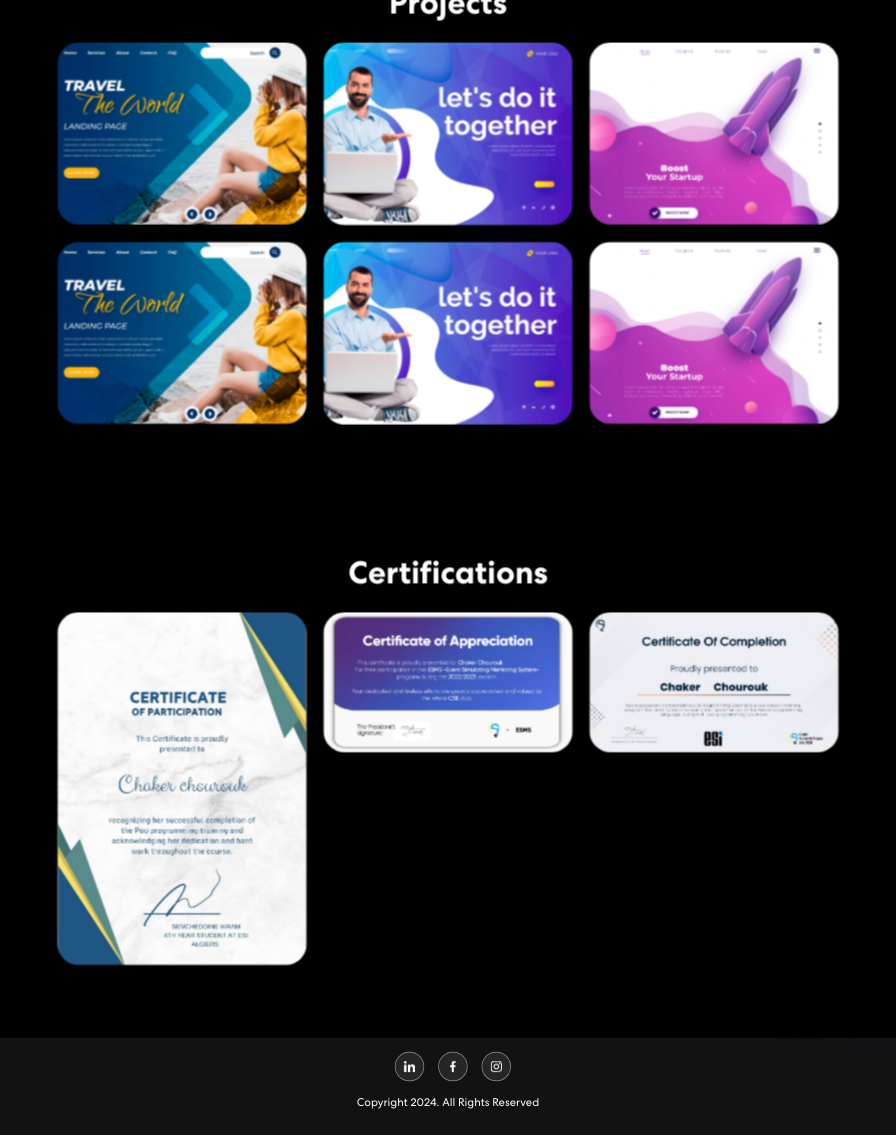
Repository: ChakerChourouk/personal-portfolio
Page: /
The author's editor kept a copy of each file at every save. The page is drawn from the files as they stood at one save, then again after the next save.
The browser window is 1280 px wide. The pictures show the part of the page from y = 1482 to 3402 px (the page is 3103 px tall before and 3402 px after), at 70% of full size.
The project was rebuilt for these pictures with package versions that can differ from the ones it lists, and the page was loaded fresh each time.

Above is the page before, as saved 2024-09-19 20:16:36.

### src/App.js
import logo from './logo.svg';
import './App.css';
import 'bootstrap/dist/css/bootstrap.min.css';
import { NavBar } from "./components/NavBar";
import { Banner } from "./components/Banner";
import { Skills } from "./components/Skills";
import { Projects } from "./components/Projects";
import { Footer } from "./components/Footer";
import { Certifications } from "./components/Certifications";

function App() {
  return (
    <div className="App">
      <NavBar />
      <Banner />
      <Skills />
      <Projects />
      <Certifications/>
      <Footer />
    </div>
  );
}

export default App;

### src/App.css
/************ Custom Font ************/
@font-face {
	font-family: Centra;
	src: url('./assets/font/CentraNo2-Bold.ttf');
	font-weight: 700;
}
@font-face {
	font-family: Centra;
	src: url('./assets/font/CentraNo2-Medium.ttf');
	font-weight: 500;
}
@font-face {
	font-family: Centra;
	src: url('./assets/font/CentraNo2-Book.ttf');
	font-weight: 400;
}

/************ Default Css ************/
* {
  margin: 0;
  padding: 0;
  box-sizing: border-box;
}

html {
  scroll-behavior: smooth;
  scroll-padding-top: 75px;
}

body {
  font-weight: 400;
  overflow-x: hidden;
  position: relative;
  background-color: #121212 !important;
  color: #fff !important;
  font-family: 'Centra', sans-serif !important;
}

h1, h2, h3, h4, h5, h6 {
  margin: 0;
  padding: 0;
  line-height: normal;
}

p, a, li, button, ul {
  margin: 0;
  padding: 0;
  line-height: normal;
  text-decoration: none;
}

a:hover {
  text-decoration: none;
}

img {
  width: 100%;
  height: auto;
}

button {
  border: 0;
  background-color: transparent;
}

input:focus, textarea:focus, select:focus {
  outline: none;
}

@media (min-width:1700px) {
	main .container {
		max-width: 100%;
		padding: 0 150px;
	}
}

p.success {
	color: green;
}

p.danger {
	color: red;
}
/************ Navbar Css ************/
nav.navbar {
  padding: 18px 0;
  position: fixed;
  width: 100%;
  top: 0;
  z-index: 9999;
  transition:  0.32s ease-in-out;
}
nav.navbar.scrolled {
  padding: 0px 0;
  background-color: #121212;
}
nav.navbar a.navbar-brand {
    width: 9%;
}
nav.navbar .navbar-nav .nav-link.navbar-link {
  font-weight: 400;
  color: #fff !important;
  letter-spacing: 0.8px;
  padding: 0 25px;
  font-size: 18px;
  opacity: 0.75;
}
nav.navbar .navbar-nav a.nav-link.navbar-link:hover,
nav.navbar .navbar-nav a.nav-link.navbar-link.active {
    opacity: 1;
}
span.navbar-text {
    display: flex;
    align-items: center;
}
.social-icon {
    display: inline-block;
    margin-left: 14px;
}
.social-icon a {
    width: 42px;
    height: 42px;
    background: rgba(217, 217, 217, 0.1);
    display: inline-flex;
    border-radius: 50%;
    margin-right: 6px;
    align-items: center;
    justify-content: center;
    line-height: 1;
    border: 1px solid rgba(255, 255, 255, 0.5);
}
.social-icon a::before {
    content: "";
    width: 42px;
    height: 42px;
    position: absolute;
    background-color: #ffffff;
    border-radius: 50%;
    transform: scale(0);
	transition: 0.3s ease-in-out;
}
.social-icon a:hover::before {
    transform: scale(1);
}
.social-icon a img {
	width: 40%;
	z-index: 1;
	transition: 0.3s ease-in-out;
}
.social-icon a:hover img {
	filter: brightness(0) saturate(100%) invert(0%) sepia(7%) saturate(98%) hue-rotate(346deg) brightness(95%) contrast(86%);
}
.navbar-text button {
  font-weight: 700;
  color: #fff;
  border: 1px solid #fff;
  padding: 18px 34px;
  font-size: 18px;
  margin-left: 18px;
	position: relative;
	background-color: transparent;
	transition: 0.3s ease-in-out;
}
.navbar-text button span {
  z-index: 1;
}
.navbar-text button::before {
  content: "";
  width: 0%;
  height: 100%;
  position: absolute;
  background-color: #fff;
  left: 0;
  top: 0;
  z-index: -1;
  transition: 0.3s ease-in-out;
}
.navbar-text button:hover {
  color: #121212;
}
.navbar-text button:hover::before {
	content: "";
	width: 100%;
	height: 100%;
	position: absolute;
}
nav.navbar .navbar-toggler:active,
nav.navbar .navbar-toggler:focus {
	outline: none;
    box-shadow: none;
}
nav.navbar .navbar-toggler-icon {
  width: 24px;
  height: 17px;
  background-image: none;
  position: relative;
  border-bottom: 2px solid #fff;
  transition: all 300ms linear;
  top: -2px;
}
nav.navbar .navbar-toggler-icon:focus {
	border-bottom: 2px solid #fff;
}
nav.navbar .navbar-toggler-icon:after,
nav.navbar .navbar-toggler-icon:before {
	width: 24px;
	position: absolute;
	height: 2px;
	background-color: #fff;
	top: 0;
	left: 0;
	content: '';
	z-index: 2;
	transition: all 300ms linear;
}
nav.navbar .navbar-toggler-icon:after {
	top: 8px;
}
nav.navbar .navbar-toggler[aria-expanded="true"] .navbar-toggler-icon:after {
	transform: rotate(45deg);
	background-color: #fff;
	height: 2px;
}
nav.navbar .navbar-toggler[aria-expanded="true"] .navbar-toggler-icon:before {
	transform: translateY(8px) rotate(-45deg);
	background-color: #fff;
	height: 2px;
}
nav.navbar .navbar-toggler[aria-expanded="true"] .navbar-toggler-icon {
	border-color: transparent;
}

/************ Banner Css ************/
.banner {
  margin-top: 0;
  padding: 260px 0 100px 0;
  background-image: url('./assets/img/banner-bg.png');
  background-position: top center;
  background-size: cover;
  background-repeat: no-repeat;
}
.banner .tagline {
  font-weight: 700;
  letter-spacing: 0.8px;
  padding: 8px 10px;
  background: linear-gradient(90.21deg, rgba(170, 54, 124, 0.5) -5.91%, rgba(74, 47, 189, 0.5) 111.58%);
  border: 1px solid rgba(255, 255, 255, 0.5);
  font-size: 20px;
  margin-bottom: 16px;
  display: inline-block;
}
.banner h1 {
  font-size: 65px;
  font-weight: 700;
  letter-spacing: 0.8px;
  line-height: 1;
  margin-bottom: 20px;
  display: block;
}
.banner p {
  color: #B8B8B8;
  font-size: 18px;
  letter-spacing: 0.8px;
  line-height: 1.5em;
  width: 96%;
}
.banner button {
  color: #fff;
  font-weight: 700;
  font-size: 20px;
  margin-top: 60px;
  letter-spacing: 0.8px;
  display: flex;
  align-items: center;
}
.banner button svg {
  font-size: 25px;
  margin-left: 10px;
  transition: 0.3s ease-in-out;
  line-height: 1;
}
.banner button:hover svg {
  margin-left: 25px;
}
.banner img {
  animation: updown 3s linear infinite;
}
@keyframes updown {
    0% {
        transform: translateY(-20px);
    }
    50% {
        transform: translateY(20px);
    }
    100% {
        transform: translateY(-20px);
    }
}
.txt-rotate > .wrap {
  border-right: 0.08em solid #666;
}

/************ Skills Css ************/
.skill {
  padding: 0 0 50px 0;
  position: relative;
}
.skill-bx {
  background: #151515;
  border-radius: 64px;
  text-align: center;
  padding: 60px 50px;
  margin-top: -60px;
}
.skill h2 {
	font-size: 45px;
	font-weight: 700;
}
.skill p {
    color: #B8B8B8;
    font-size: 18px;
    letter-spacing: 0.8px;
    line-height: 1.5em;
    margin: 14px 0 75px 0;
}
.skill-slider {
  width: 80%;
  margin: 0 auto;
  position: relative;
}
.skill-slider .item img {
  width: 50%;
  margin: 0 auto 15px auto;
}
.background-image-left {
  top: 28%;
  position: absolute;
  bottom: 0;
  width: 40%;
  z-index: -4;
}

/************ Projects Css ************/
.project {
  padding: 80px 0;
  position: relative;
  background-color: black;
}
.project h2 {
	font-size: 45px;
	font-weight: 700;
  text-align: center;
}
.project p {
  color: #B8B8B8;
  font-size: 18px;
  letter-spacing: 0.8px;
  line-height: 1.5em;
  margin: 14px auto 30px auto;
  text-align: center;
  width: 56%;
}
.project .nav.nav-pills {
  width: 72%;
  margin: 0 auto;
  border-radius: 50px;
  background-color: rgb(255 255 255 / 10%);
  overflow: hidden;
}
.project .nav.nav-pills .nav-item {
  width: 33.33333%;
}
.project .nav.nav-pills .nav-link {
  background-color: transparent;
  border-radius: 0;
  padding: 17px 0;
  color: #fff;
  width: 100%;
  font-size: 17px;
  letter-spacing: 0.8px;
  font-weight: 500;
  position: relative;
  transition: 0.3s ease-in-out;
  text-align: center;
  z-index: 0;
}
.project .nav.nav-pills .nav-link::before {
    content: "";
    position: absolute;
    width: 0;
    height: 100%;
    background: linear-gradient(90.21deg, #AA367C -5.91%, #4A2FBD 111.58%);
    top: 0;
    left: 0;
    z-index: -1;
    transition: 0.3s ease-in-out;
}
.project .nav.nav-pills .nav-link.active::before {
    width: 100% !important;
}
.project .nav.nav-pills .nav-link.active {
    border: 1px solid rgba(255, 255, 255, 1);
}
.nav-link#projects-tabs-tab-first {
  border: 1px solid rgba(255, 255, 255, 0.5);
  border-radius: 55px 0px 0px 55px;
}
.nav-link#projects-tabs-tab-second {
  border-top: 1px solid rgba(255, 255, 255, 0.5);
  border-bottom: 1px solid rgba(255, 255, 255, 0.5);
}
.nav-link#projects-tabs-tab-third {
  border: 1px solid rgba(255, 255, 255, 0.5);
  border-radius: 0 55px 55px 0;
}
.proj-imgbx {
  position: relative;
  border-radius: 30px;
  overflow: hidden;
  margin-bottom: 24px;
}
.proj-imgbx::before {
  content: "";
  background: linear-gradient(90.21deg, #AA367C -5.91%, #4A2FBD 111.58%);
  opacity: 0.85;
  position: absolute;
  width: 100%;
  height: 0;
  transition: 0.4s ease-in-out;
}
.proj-imgbx:hover::before {
  height: 100%;
}
.proj-txtx {
  position: absolute;
  text-align: center;
  top: 65%;
  left: 50%;
  transform: translate(-50%, -50%);
  transition: 0.5s ease-in-out;
  opacity: 0;
  width: 100%;
}
.proj-imgbx:hover .proj-txtx {
  top: 50%;
  opacity: 1;
}
.proj-txtx h4 {
  font-size: 30px;
  font-weight: 700;
  letter-spacing: 0.8px;
  line-height: 1.1em;
}
.proj-txtx span {
  font-style: italic;
  font-weight: 400;
  font-size: 15px;
  letter-spacing: 0.8px;
}
.background-image-right {
  top: 20%;
  position: absolute;
  bottom: 0;
  width: 35%;
  right: 0;
  z-index: -4;
}

/************ Projects Css ************/
.contact {
  background: linear-gradient(90.21deg, #AA367C -5.91%, #4A2FBD 111.58%);
  padding: 60px 0 200px 0;
}
.contact img {
  width: 92%;
}
.contact h2 {
	font-size: 45px;
	font-weight: 700;
  margin-bottom: 30px;
}
.contact form input, .contact form textarea {
  width: 100%;
  background: rgba(255, 255, 255, 0.1);
  border: 1px solid rgba(255, 255, 255, 0.5);
  border-radius: 20px;
  color: #fff;
  margin: 0 0 8px 0;
  padding: 18px 26px;
  font-weight: 500;
  font-size: 18px;
  letter-spacing: 0.8px;
  transition: 0.3s ease-in-out;
}
.contact form input:focus, .contact form textarea:focus {
  background: rgba(255, 255, 255, 1);
  color: #121212;
}
.contact form input::placeholder, .contact form textarea::placeholder {
  font-size: 16px;
  font-weight: 400;
  color: #fff;
}
.contact form input:focus::placeholder, .contact form textarea:focus::placeholder {
  color: #121212;
  opacity: 0.8;
}
.contact form button {
  font-weight: 700;
  color: #000;
  background-color: #fff;
  padding: 14px 48px;
  font-size: 18px;
  margin-top: 25px;
  border-radius: 0;
  position: relative;
  transition: 0.3s ease-in-out;
}
.contact form button span {
  z-index: 1;
  position: relative;
}
.contact form button:hover {
  color: #fff;
}
.contact form button::before {
  content: "";
  background: #121212;
  width: 0;
  height: 100%;
  position: absolute;
  top: 0;
  left: 0;
  z-index: 0;
  transition: 0.3s ease-in-out;
}
.contact form button:hover::before {
  width: 100%;
}

/************ Footer Css ************/

.footer {
  padding: 20px 0;
}

.social-icon a {
  margin: 0 10px;
}

/* Add margin to create space between icons and the text */
.text-center p {
  margin-top: 20px; /* Adjust the value for more or less space */
}


.welcome {
    font-weight: 400;
    color: #fff !important;
    letter-spacing: 0.8px;
    padding: 0 25px;
    font-size: 18px;
    opacity: 0.75;
}

### src/components/NavBar.js
import { useState, useEffect } from "react";
import { Navbar, Nav, Container } from "react-bootstrap";
import {
  BrowserRouter as Router
} from "react-router-dom";

export const NavBar = () => {

  const [activeLink, setActiveLink] = useState('home');
  const [scrolled, setScrolled] = useState(false);

  useEffect(() => {
    const onScroll = () => {
      if (window.scrollY > 50) {
        setScrolled(true);
      } else {
        setScrolled(false);
      }
    }

    window.addEventListener("scroll", onScroll);

    return () => window.removeEventListener("scroll", onScroll);
  }, [])

  const onUpdateActiveLink = (value) => {
    setActiveLink(value);
  }

  return (
    <Router>
      <Navbar expand="md" className={scrolled ? "scrolled" : ""}>
        <Container>
         {/* <Navbar.Brand href="/">
            <img src={logo} alt="Logo" />
          </Navbar.Brand>*/}
          <span className="welcome">Welcome to my Portfolio<span role="img" aria-label="waving hand"> 👋</span> </span>
          <Navbar.Toggle aria-controls="basic-navbar-nav">
            <span className="navbar-toggler-icon"></span>
          </Navbar.Toggle>
          <Navbar.Collapse id="basic-navbar-nav">
            <Nav className="ms-auto">
              <Nav.Link href="#home" className={activeLink === 'home' ? 'active navbar-link' : 'navbar-link'} onClick={() => onUpdateActiveLink('home')}>Home</Nav.Link>
              <Nav.Link href="#skills" className={activeLink === 'skills' ? 'active navbar-link' : 'navbar-link'} onClick={() => onUpdateActiveLink('skills')}>Skills</Nav.Link>
              <Nav.Link href="#projects" className={activeLink === 'projects' ? 'active navbar-link' : 'navbar-link'} onClick={() => onUpdateActiveLink('projects')}>Projects</Nav.Link>
              <Nav.Link href="#contacts" className={activeLink === 'certification' ? 'active navbar-link' : 'navbar-link'} onClick={() => onUpdateActiveLink('certification')}>Certifications</Nav.Link>
              <Nav.Link href="#contacts" className={activeLink === 'contacts' ? 'active navbar-link' : 'navbar-link'} onClick={() => onUpdateActiveLink('projects')}>Contacts</Nav.Link>
            </Nav>
            {/*<span className="navbar-text">
              <div className="social-icon">
                <a href="#"><img src={navIcon1} alt="" /></a>
                <a href="#"><img src={navIcon2} alt="" /></a>
                <a href="#"><img src={navIcon3} alt="" /></a>
              </div>
            </span>*/}
          </Navbar.Collapse>
        </Container>
      </Navbar>
    </Router>
  )
}

### src/components/Banner.js
import { useState, useEffect } from "react";
import { Container, Row, Col } from "react-bootstrap";
import headerImg from "../assets/img/header-img.svg";
import { ArrowRightCircle } from 'react-bootstrap-icons';
import 'animate.css';
import TrackVisibility from 'react-on-screen';

export const Banner = () => {
  const [loopNum, setLoopNum] = useState(0);
  const [isDeleting, setIsDeleting] = useState(false);
  const [text, setText] = useState('');
  const [delta, setDelta] = useState(300 - Math.random() * 100);
  const [index, setIndex] = useState(1);
  const toRotate = [ "MERN Stack Developer", "Web Designer", "UI/UX Designer" ];
  const period = 2000;

  useEffect(() => {
    let ticker = setInterval(() => {
      tick();
    }, delta);

    return () => { clearInterval(ticker) };
  }, [text])

  const tick = () => {
    let i = loopNum % toRotate.length;
    let fullText = toRotate[i];
    let updatedText = isDeleting ? fullText.substring(0, text.length - 1) : fullText.substring(0, text.length + 1);

    setText(updatedText);

    if (isDeleting) {
      setDelta(prevDelta => prevDelta / 2);
    }

    if (!isDeleting && updatedText === fullText) {
      setIsDeleting(true);
      setIndex(prevIndex => prevIndex - 1);
      setDelta(period);
    } else if (isDeleting && updatedText === '') {
      setIsDeleting(false);
      setLoopNum(loopNum + 1);
      setIndex(1);
      setDelta(500);
    } else {
      setIndex(prevIndex => prevIndex + 1);
    }
  }

  return (
    <section className="banner" id="home">
      <Container>
        <Row className="aligh-items-center">
          <Col xs={12} md={6} xl={7}>
            <TrackVisibility>
              {({ isVisible }) =>
              <div className={isVisible ? "animate__animated animate__fadeIn" : ""}>
                <h1>{`Hi! I'm Chaker Chourouk`} <span className="txt-rotate" dataPeriod="1000" data-rotate='[ "MERN Stack Developer", "Web Designer", "UI/UX Designer" ]'><span className="wrap">{text}</span></span></h1>
                  <p>Lorem Ipsum is simply dummy text of the printing and typesetting industry. Lorem Ipsum has been the industry's standard dummy text ever since the 1500s, when an unknown printer took a galley of type and scrambled it to make a type specimen book.</p>
              </div>}
            </TrackVisibility>
          </Col>
          <Col xs={12} md={6} xl={5}>
            <TrackVisibility>
              {({ isVisible }) =>
                <div className={isVisible ? "animate__animated animate__zoomIn" : ""}>
                  <img src={headerImg} alt="Header Img"/>
                </div>}
            </TrackVisibility>
          </Col>
        </Row>
      </Container>
    </section>
  )
}

### src/components/Projects.js
import { Container, Row, Col, Tab, Nav } from "react-bootstrap";
import { ProjectCard } from "./ProjectCard";
import projImg1 from "../assets/img/project-img1.png";
import projImg2 from "../assets/img/project-img2.png";
import projImg3 from "../assets/img/project-img3.png";
import colorSharp2 from "../assets/img/color-sharp2.png";
import 'animate.css';
import TrackVisibility from 'react-on-screen';

export const Projects = () => {

  const projects = [
    {
      title: "Business Startup",
      description: "Design & Development",
      imgUrl: projImg1,
    },
    {
      title: "Business Startup",
      description: "Design & Development",
      imgUrl: projImg2,
    },
    {
      title: "Business Startup",
      description: "Design & Development",
      imgUrl: projImg3,
    },
    {
      title: "Business Startup",
      description: "Design & Development",
      imgUrl: projImg1,
    },
    {
      title: "Business Startup",
      description: "Design & Development",
      imgUrl: projImg2,
    },
    {
      title: "Business Startup",
      description: "Design & Development",
      imgUrl: projImg3,
    },
  ];

  return (
    <section className="project" id="projects">
      <Container>
        <Row>
          <Col size={12}>
            <TrackVisibility>
              {({ isVisible }) =>
              <div className={isVisible ? "animate__animated animate__fadeIn": ""}>
                <h2>Projects</h2>
                <p>  </p>
                <Tab.Container id="projects-tabs" defaultActiveKey="first">
                  <Tab.Content id="slideInUp" className={isVisible ? "animate__animated animate__slideInUp" : ""}>
                    <Tab.Pane eventKey="first">
                      <Row>
                        {
                          projects.map((project, index) => {
                            return (
                              <ProjectCard
                                key={index}
                                {...project}
                                />
                            )
                          })
                        }
                      </Row>
                    </Tab.Pane>
                  </Tab.Content>
                </Tab.Container>
              </div>}
            </TrackVisibility>
          </Col>
        </Row>
      </Container>
      <img className="background-image-right" src={colorSharp2}></img>
    </section>
  )
}

### src/components/Footer.js
import { Container, Row, Col } from "react-bootstrap";
import logo from "../assets/img/logo.svg";
import navIcon1 from "../assets/img/nav-icon1.svg";
import navIcon2 from "../assets/img/nav-icon2.svg";
import navIcon3 from "../assets/img/nav-icon3.svg";

export const Footer = () => {
  return (
    <footer className="footer" id="contacts" >
      <Container>
        <Row className="align-items-center justify-content-center">
          <Col size={12} sm={6} className="text-center">
            <div className="social-icon">
              <a href="https://www.linkedin.com/in/chaker-chourouk-a32841257/"><img src={navIcon1} alt="Icon" /></a>
              <a href="#"><img src={navIcon2} alt="Icon" /></a>
              <a href="#"><img src={navIcon3} alt="Icon" /></a>
            </div>
            <p>Copyright 2024. All Rights Reserved</p>
          </Col>
        </Row>
      </Container>
    </footer>
  );
};

### src/components/Certifications.js
import { Container, Row, Col, Tab, Nav } from "react-bootstrap";
import { ProjectCard } from "./ProjectCard";
import certificat1 from "../assets/img/Certificat1.jpg";
import certificat2 from "../assets/img/Certificat2.jpg";
import certificat3 from "../assets/img/Certificat3.jpg";
import certificat4 from "../assets/img/CHAKER CHOUROUK.jpg";
import certificat5 from "../assets/img/CertificateOfCompletion.jpg";
import colorSharp2 from "../assets/img/color-sharp2.png";
import 'animate.css';
import TrackVisibility from 'react-on-screen';

export const Certifications = () => {

  const projects = [
    {
      title: "Business Startup",
      description: "Design & Development",
      imgUrl: certificat1,
    },
    {
      title: "Business Startup",
      description: "Design & Development",
      imgUrl: certificat2,
    },
    {
      title: "Business Startup",
      description: "Design & Development",
      imgUrl: certificat3,
    }
  ];

  return (
    <section className="project" id="certification">
      <Container>
        <Row>
          <Col size={12}>
            <TrackVisibility>
              {({ isVisible }) =>
              <div className={isVisible ? "animate__animated animate__fadeIn": ""}>
                <h2>Certifications</h2>
                <p>  </p>
                <Tab.Container id="projects-tabs" defaultActiveKey="first">
                  <Tab.Content id="slideInUp" className={isVisible ? "animate__animated animate__slideInUp" : ""}>
                    <Tab.Pane eventKey="first">
                      <Row>
                        {
                          projects.map((project, index) => {
                            return (
                              <ProjectCard
                                key={index}
                                {...project}
                                />
                            )
                          })
                        }
                      </Row>
                    </Tab.Pane>
                  </Tab.Content>
                </Tab.Container>
              </div>}
            </TrackVisibility>
          </Col>
        </Row>
      </Container>
      <img className="background-image-right" src={colorSharp2}></img>
    </section>
  )
}

Loaded but not shown: public/index.html (common file); src/index.js (common file); src/index.css (common file); src/reportWebVitals.js (common file); src/components/ProjectCard.js (common file); src/components/Skills.js (72 lines, source omitted)

After the next save:
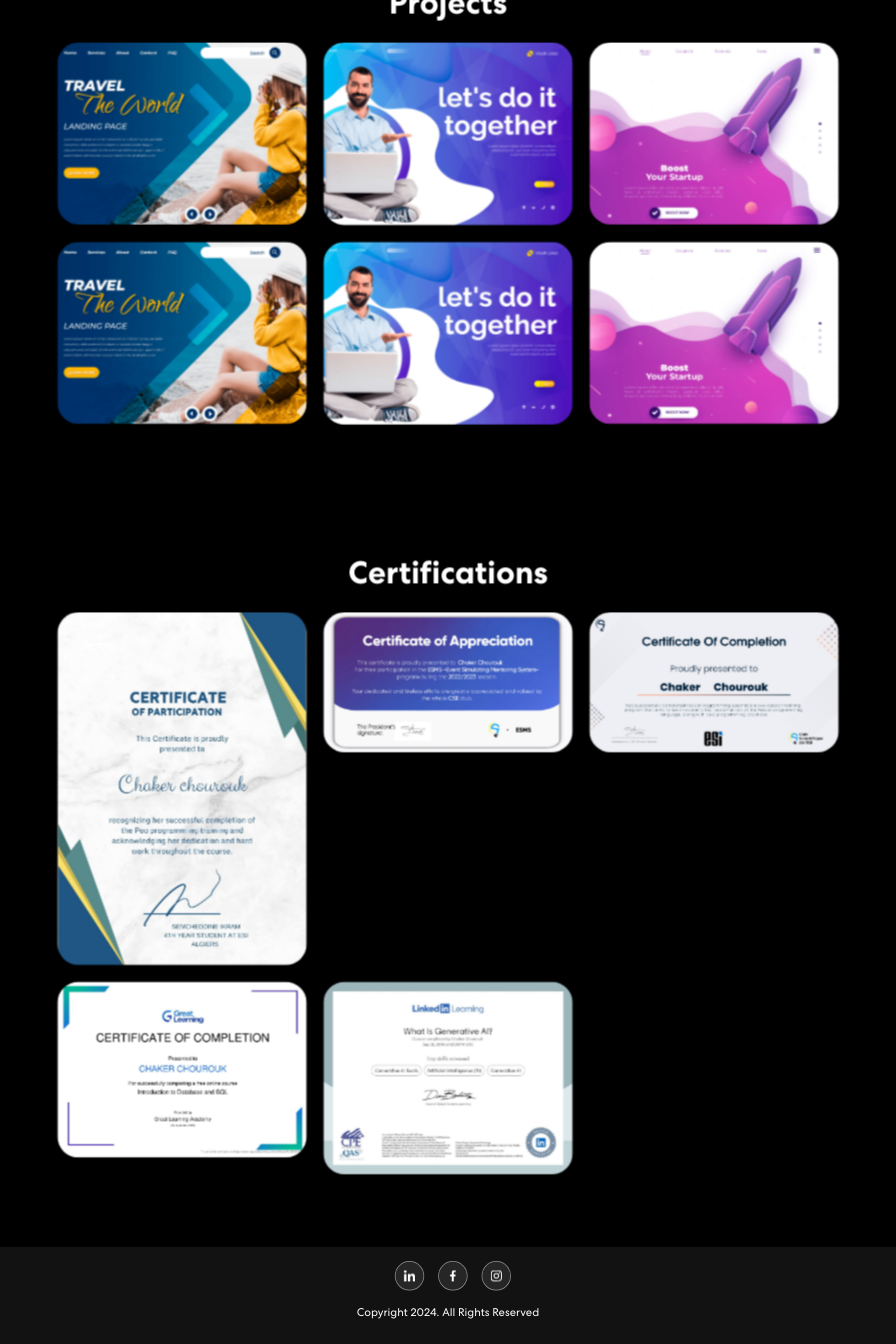
Saved 32 s later.
--- a/src/components/Certifications.js
+++ b/src/components/Certifications.js
@@ -26,7 +26,17 @@ export const Certifications = () => {
       title: "Business Startup",
       description: "Design & Development",
       imgUrl: certificat3,
-    }
+    },
+    {
+      title: "Business Startup",
+      description: "Design & Development",
+      imgUrl: certificat4,
+    },
+    {
+      title: "Business Startup",
+      description: "Design & Development",
+      imgUrl: certificat5,
+    },
   ];
 
   return (
